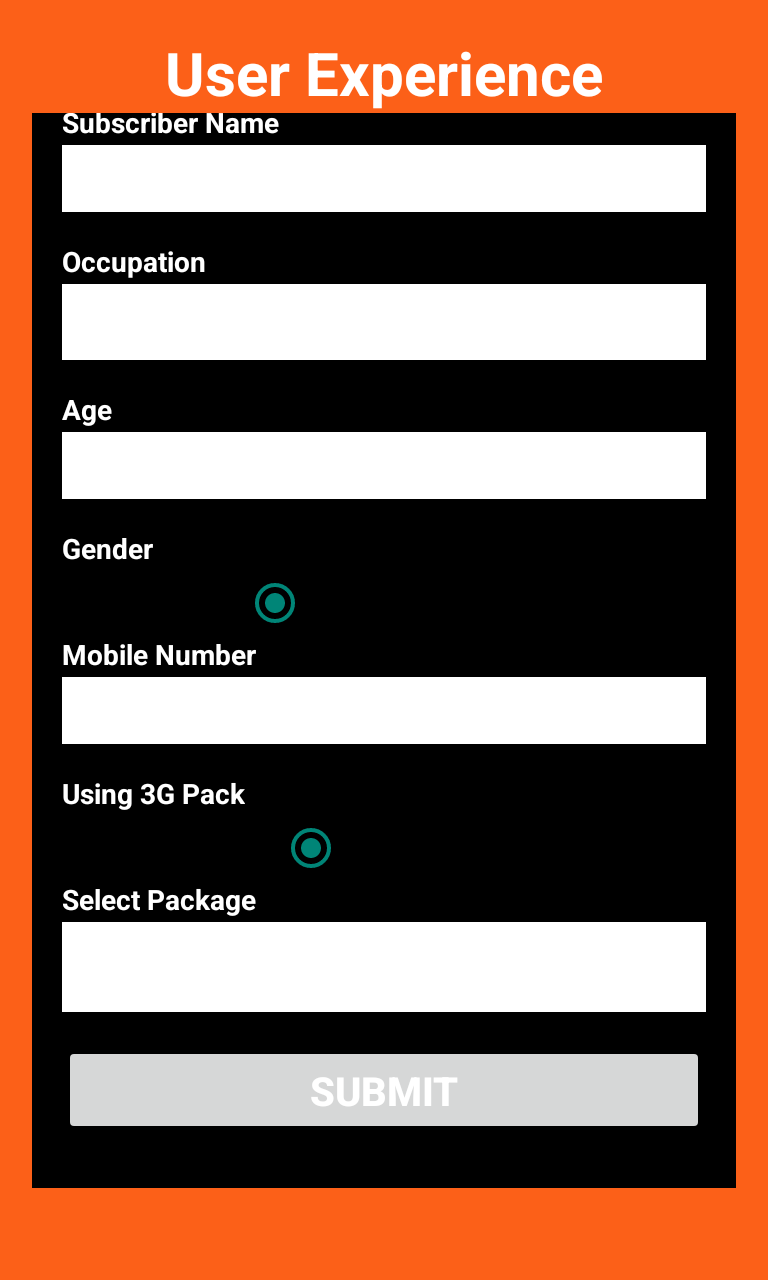
Repository: MushfiqurRahman/BLink3gApp
Layout: 3gExperience/res/layout/fragment_survey.xml
The author's editor kept a copy of each file at every save. The layout is drawn from the files as they stood at one save, then again after the next save.
It is drawn on a 768 x 1280 px phone screen (xhdpi) without system bars, with theme AppTheme; the app's code is not run.

Above is the layout before, as saved 2014-05-20 19:02:14.

### 3gExperience/res/layout/fragment_survey.xml
<RelativeLayout xmlns:android="http://schemas.android.com/apk/res/android"
    xmlns:tools="http://schemas.android.com/tools"
    android:layout_width="match_parent"
    android:layout_height="match_parent"
    android:background="#FC6018"
    android:paddingBottom="@dimen/activity_vertical_margin"
    android:paddingLeft="@dimen/activity_horizontal_margin"
    android:paddingRight="@dimen/activity_horizontal_margin"
    android:paddingTop="@dimen/activity_vertical_margin"
    tools:context="com.example.gexperience.SurveyActivity$PlaceholderFragment" >

    <RelativeLayout
        android:id="@+id/topMain"
        android:layout_width="fill_parent"
        android:layout_height="wrap_content" >

        <TextView
            android:layout_width="wrap_content"
            android:layout_height="wrap_content"
            android:layout_centerInParent="true"
            android:layout_marginLeft="5dip"
            android:text="@string/survey_heading"
            android:textColor="#ffffff"
            android:textSize="30sp"
            android:textStyle="bold" />
    </RelativeLayout>

    <LinearLayout
        android:id="@+id/LinearBottom"
        android:layout_width="fill_parent"
        android:layout_height="30dp"
        android:layout_alignParentBottom="true"
        android:gravity="bottom"
        android:orientation="vertical" >
    </LinearLayout>

    <LinearLayout
        android:id="@+id/layout_survey_form"
        android:layout_width="fill_parent"
        android:layout_height="fill_parent"
        android:layout_above="@id/LinearBottom"
        android:layout_alignParentLeft="true"
        android:layout_below="@id/topMain"
        android:background="#000000"
        android:gravity="center"
        android:orientation="vertical"
        android:paddingLeft="15dp"
        android:paddingRight="15dp" >

        <LinearLayout
            android:layout_width="fill_parent"
            android:layout_height="wrap_content"
            android:layout_gravity="left" >

            <TextView
                android:id="@+id/textView3"
                android:layout_width="wrap_content"
                android:layout_height="wrap_content"
                android:layout_marginBottom="2dp"
                android:text="@string/sbcr_name"
                android:textColor="#FFFFFF"
                android:textStyle="bold" />
        </LinearLayout>

        <EditText
            android:id="@+id/edtName"
            android:layout_width="match_parent"
            android:layout_height="wrap_content"
            android:layout_marginBottom="15dp"
            android:background="#FFFFFF"
            android:ems="10"
            android:inputType="text"
            android:textSize="25sp" />

        <LinearLayout
            android:layout_width="fill_parent"
            android:layout_height="wrap_content"
            android:layout_gravity="left" >

            <TextView
                android:id="@+id/textView1"
                android:layout_width="wrap_content"
                android:layout_height="wrap_content"
                android:layout_marginBottom="2dp"
                android:text="@string/sbcr_occupation"
                android:textColor="#FFFFFF"
                android:textStyle="bold" />
        </LinearLayout>

        <Spinner
            android:id="@+id/spnOccupation"
            android:layout_width="match_parent"
            android:layout_height="38dp"
            android:layout_marginBottom="15dp"
            android:background="#FFFFFF"
            android:drawSelectorOnTop="true"
            android:padding="5dp"
            android:spinnerMode="dropdown"
            android:textSize="30sp" />

        <LinearLayout
            android:layout_width="fill_parent"
            android:layout_height="wrap_content"
            android:layout_gravity="left" >

            <TextView
                android:id="@+id/textView2"
                android:layout_width="wrap_content"
                android:layout_height="wrap_content"
                android:layout_marginBottom="2dp"
                android:text="@string/sbcr_age"
                android:textColor="#FFFFFF"
                android:textStyle="bold" />
        </LinearLayout>

        <EditText
            android:id="@+id/edtAge"
            android:layout_width="match_parent"
            android:layout_height="wrap_content"
            android:layout_marginBottom="15dp"
            android:background="#FFFFFF"
            android:ems="10"
            android:inputType="number"
            android:textSize="25sp" />

        <LinearLayout
            android:layout_width="fill_parent"
            android:layout_height="wrap_content"
            android:layout_gravity="left" >

            <TextView
                android:id="@+id/tvGender"
                android:layout_width="wrap_content"
                android:layout_height="wrap_content"
                android:layout_marginBottom="2dp"
                android:text="@string/sbcr_gender"
                android:textColor="#FFFFFF"
                android:textStyle="bold" />
        </LinearLayout>

        <RadioGroup
            android:id="@+id/rdoGender"
            android:layout_width="wrap_content"
            android:layout_height="wrap_content"
            android:orientation="horizontal" >

            <RadioButton
                android:id="@+id/radio0"
                android:layout_width="wrap_content"
                android:layout_height="wrap_content"
                android:checked="true"
                android:text="Male" />

            <RadioButton
                android:id="@+id/radio1"
                android:layout_width="wrap_content"
                android:layout_height="wrap_content"
                android:text="Female" />
        </RadioGroup>

                <LinearLayout
            android:layout_width="fill_parent"
            android:layout_height="wrap_content"
            android:layout_gravity="left" >

            <TextView
                android:id="@+id/tvMobileNo"
                android:layout_width="wrap_content"
                android:layout_height="wrap_content"
                android:layout_marginBottom="2dp"
                android:text="@string/sbcr_mobile"
                android:textColor="#FFFFFF"
                android:textStyle="bold" />
        </LinearLayout>

        <EditText
            android:id="@+id/edtMobileNo"
            android:layout_width="match_parent"
            android:layout_height="wrap_content"
            android:layout_marginBottom="15dp"
            android:background="#FFFFFF"
            android:ems="10"
            android:inputType="number"
            android:textSize="25sp" />

                <LinearLayout
            android:layout_width="fill_parent"
            android:layout_height="wrap_content"
            android:layout_gravity="left" >

            <TextView
                android:id="@+id/tv3gPack"
                android:layout_width="wrap_content"
                android:layout_height="wrap_content"
                android:layout_marginBottom="2dp"
                android:text="@string/sbcr_is_3g"
                android:textColor="#FFFFFF"
                android:textStyle="bold" />
        </LinearLayout>

        <RadioGroup
            android:id="@+id/rdo3g"
            android:layout_width="wrap_content"
            android:layout_height="wrap_content"
            android:orientation="horizontal" >

            <RadioButton
                android:id="@+id/radio0"
                android:layout_width="wrap_content"
                android:layout_height="wrap_content"
                android:checked="true"
                android:text="Yes" />

            <RadioButton
                android:id="@+id/radio1"
                android:layout_width="wrap_content"
                android:layout_height="wrap_content"
                android:text="No" />
        </RadioGroup>

        <LinearLayout
            android:layout_width="fill_parent"
            android:layout_height="wrap_content"
            android:layout_gravity="left" >

            <TextView
                android:id="@+id/tvPackageType"
                android:layout_width="wrap_content"
                android:layout_height="wrap_content"
                android:layout_marginBottom="2dp"
                android:text="@string/sbcr_package_type"
                android:textColor="#FFFFFF"
                android:textStyle="bold" />
        </LinearLayout>

        <Spinner
            android:id="@+id/spnPackageTypes"
            android:layout_width="match_parent"
            android:layout_height="45dp"
            android:layout_marginBottom="15dp"
            android:background="#FFFFFF"
            android:padding="5dp"
            android:spinnerMode="dropdown"
            android:textSize="30sp" />

        <Button
            android:id="@+id/btnSubmit"
            android:layout_width="match_parent"
            android:layout_height="wrap_content"
            android:layout_marginBottom="15dp"
            android:text="@string/submit"
            android:textColor="#FFFFFF"
            android:textSize="20sp"
            android:textStyle="bold" />

        <Button
            android:id="@+id/btnReset"
            android:layout_width="match_parent"
            android:layout_height="wrap_content"
            android:layout_marginBottom="15dp"
            android:text="@string/reset"
            android:textColor="#FFFFFF"
            android:textSize="20sp"
            android:textStyle="bold" />
    </LinearLayout>

</RelativeLayout>

### 3gExperience/res/values/strings.xml
<?xml version="1.0" encoding="utf-8"?>
<resources>

    <string name="app_name">3gExperience</string>
    <string name="hello_world">Hello world!</string>
    <string name="action_settings">Settings</string>
    <string name="title_activity_login">LoginActivity</string>
    <string name="title_activity_survey">SurveyActivity</string>
    <string name="bp_code">BP Code</string>
    <string name="area">Area</string>
    <string name="location">Location</string>
    <string name="login">Login</string>
    <string name="survey_heading">User Experience</string>
    <string name="sbcr_name">Subscriber Name</string>
    <string name="sbcr_occupation">Occupation</string>
    <string name="sbcr_age">Age</string>
    <string name="sbcr_gender">Gender</string>
    <string name="sbcr_mobile">Mobile Number</string>
    <string name="sbcr_is_3g">Using 3G Pack</string>
    <string name="sbcr_package_type">Select Package</string>
    <string name="sbcr_mobile_brand">Mobile Brand</string>
    <string name="submit">Submit</string>
    <string name="reset">Reset</string>
</resources>

Loaded but not shown: 3gExperience/res/values/styles.xml (common file); 3gExperience/res/values-v11/styles.xml (common file); 3gExperience/res/values-v14/styles.xml (common file); 3gExperience/res/values/dimens.xml (common file); 3gExperience/res/values-w820dp/dimens.xml (common file)

After the next save:
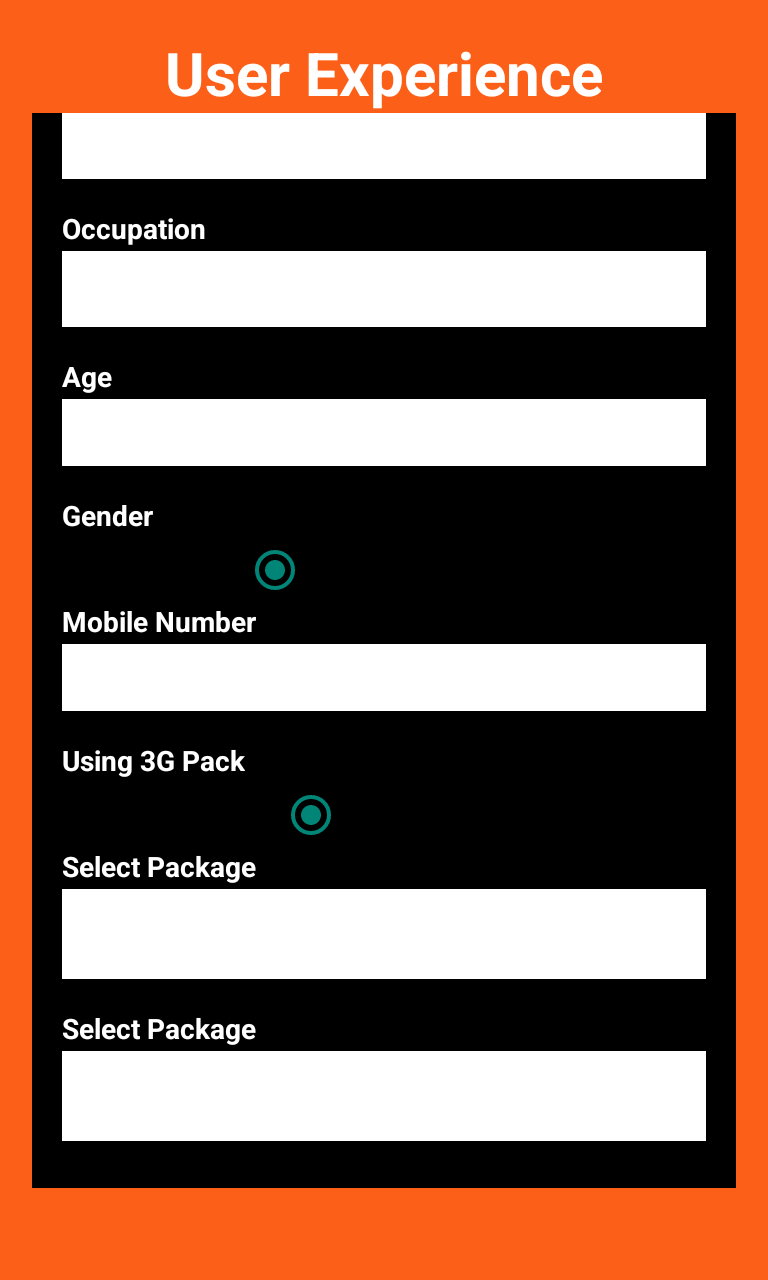
Saved 4 min 11 s later.
--- a/3gExperience/res/layout/fragment_survey.xml
+++ b/3gExperience/res/layout/fragment_survey.xml
@@ -243,6 +243,31 @@
             android:spinnerMode="dropdown"
             android:textSize="30sp" />
 
+                <LinearLayout
+            android:layout_width="fill_parent"
+            android:layout_height="wrap_content"
+            android:layout_gravity="left" >
+
+            <TextView
+                android:id="@+id/tvPackageType"
+                android:layout_width="wrap_content"
+                android:layout_height="wrap_content"
+                android:layout_marginBottom="2dp"
+                android:text="@string/sbcr_package_type"
+                android:textColor="#FFFFFF"
+                android:textStyle="bold" />
+        </LinearLayout>
+
+        <Spinner
+            android:id="@+id/spnMobileBrad"
+            android:layout_width="match_parent"
+            android:layout_height="45dp"
+            android:layout_marginBottom="15dp"
+            android:background="#FFFFFF"
+            android:padding="5dp"
+            android:spinnerMode="dropdown"
+            android:textSize="30sp" />
+
         <Button
             android:id="@+id/btnSubmit"
             android:layout_width="match_parent"
